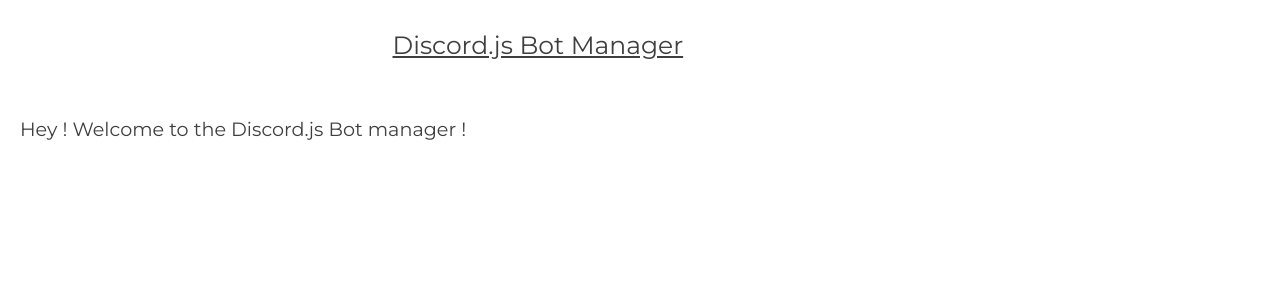
Repository: O-Schell/Discord-Bot-Manager
Page: Web_Interface/main.HTML
An editor plug-in stored every save of this project. The page is shown before and after the next save, followed by the edit.
The browser window is 1280 px wide. The pictures show the whole page.
The style sheet was rebuilt from its Sass, Less or Tailwind sources for each picture, by a compiler version that may differ from the author's.

Above is the page before, as saved 2020-11-24 21:09:31.

After the next save:
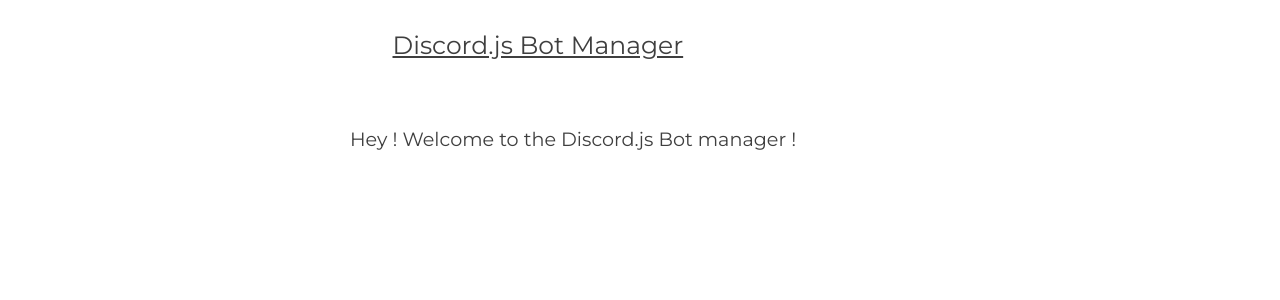
Saved 42 s later.
--- a/Web_Interface/main.HTML
+++ b/Web_Interface/main.HTML
@@ -22,7 +22,7 @@
       </div>
     </div>
   </div>
-  <div class="center-text">
+  <div class="center-div">
     <div class="undertitle">
       <p1>Hey ! Welcome to the Discord.js Bot manager !</p1>
     </div>
